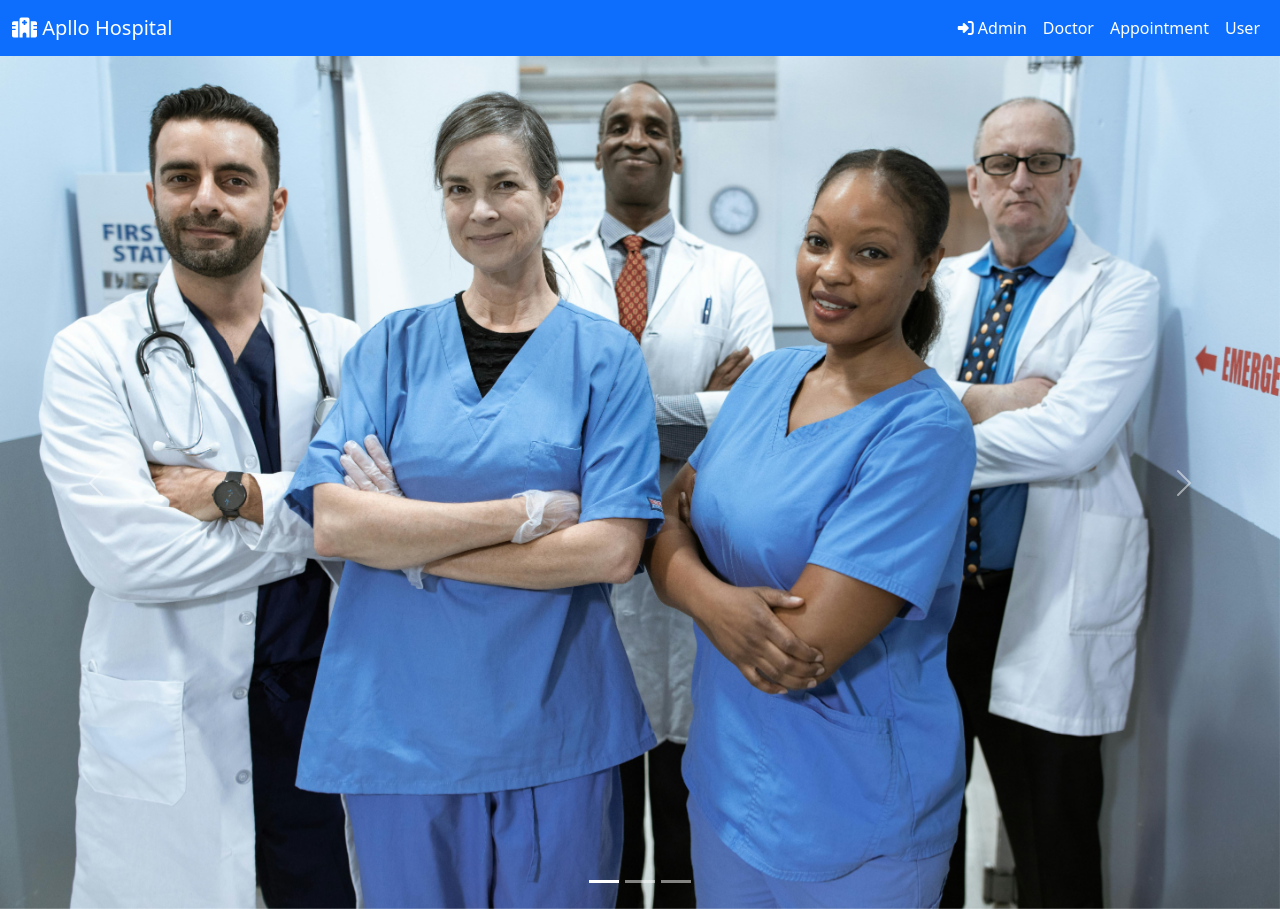
Repository: Subhadip09/Hospital-Management-System
Page: http://localhost/Hospital-Management-System/
The author's editor kept a copy of each file at every save. The page is drawn from the files as they stood at one save, then again after the next save.
The browser window is 1280 px wide. The pictures show the whole page.
The page is served by Tomcat 9.

Above is the page before, as saved 2024-04-05 17:04:07.

After the next save:
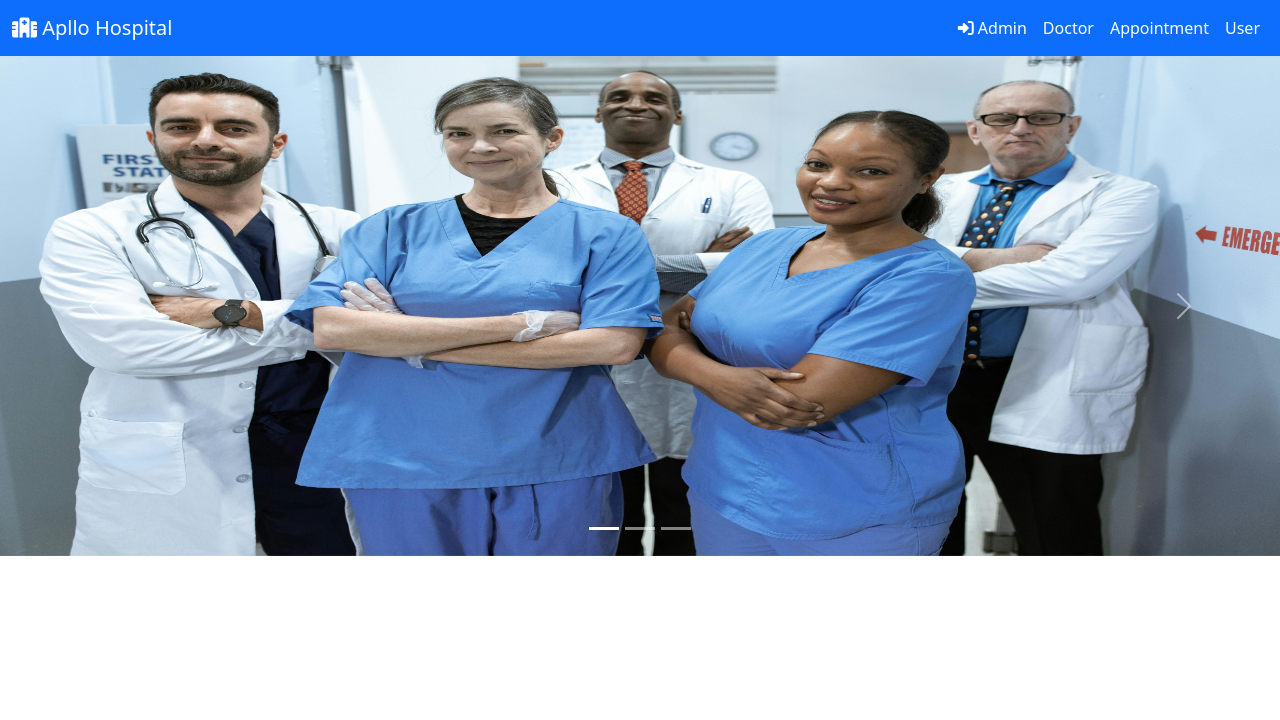
Saved 99 s later.
--- a/Hospital-Management-System/src/main/webapp/index.jsp
+++ b/Hospital-Management-System/src/main/webapp/index.jsp
@@ -21,13 +21,13 @@
 		</div>
 		<div class="carousel-inner">
 			<div class="carousel-item active">
-				<img src="img/hos1.jpg" class="d-block w-100" alt="...">
+				<img src="img/hos1.jpg" class="d-block w-100" alt="..." height="500px">
 			</div>
 			<div class="carousel-item">
-				<img src="img/hos2.jpg" class="d-block w-100" alt="...">
+				<img src="img/hos2.jpg" class="d-block w-100" alt="..." height="500px">
 			</div>
 			<div class="carousel-item">
-				<img src="img/hos3.jpg" class="d-block w-100" alt="...">
+				<img src="img/hos3.jpg" class="d-block w-100" alt="..." height="500px">
 			</div>
 		</div>
 		<button class="carousel-control-prev" type="button"
